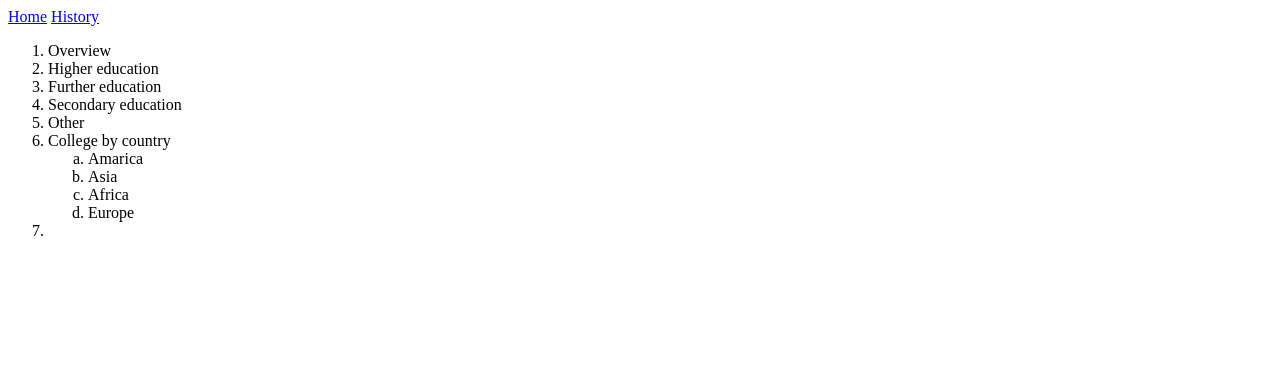
Repository: Haakim19/WebDevelopment
Page: Assignment/history.html
These files come from the project's save history. The page is drawn as it stood at one moment and after the next save; the edit follows.
The browser window is 1280 px wide. The pictures show the whole page.

Above is the page before, as saved 2024-10-10 15:28:16.

### Assignment/history.html
<!DOCTYPE html>
<html lang="en">
<head>
    <meta charset="UTF-8">
    <meta name="viewport" content="width=device-width, initial-scale=1.0">
    <title>History</title>
</head>
<body>
    <a href="Index.html">Home</a>
    <a href="history.html">History</a>
    <ol>
        <li>Overview</li>
        <li>Higher education</li>
        <li>Further education</li>
        <li>Secondary education</li>
        <li>Other</li>
        <li>College by country</li>
        <ol type="a">
            <li>Amarica</li>
            <li>Asia</li>
            <li>Africa</li>
            <li>Europe</li>
        </ol>
        <li></li>
    </ol>
</body>
</html>

After the next save:
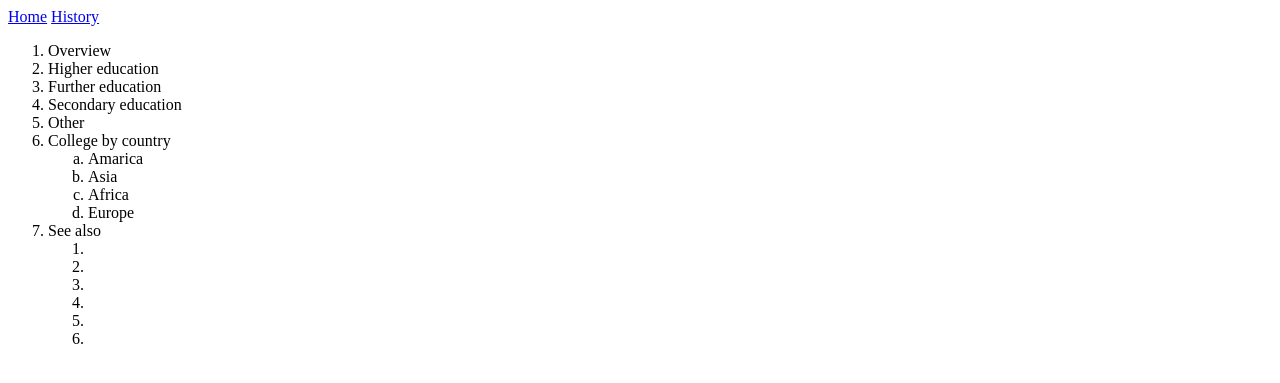
Saved 31 s later.
--- a/Assignment/history.html
+++ b/Assignment/history.html
@@ -21,7 +21,15 @@
             <li>Africa</li>
             <li>Europe</li>
         </ol>
-        <li></li>
+        <li>See also</li>
+        <ol>
+            <li></li>
+            <li></li>
+            <li></li>
+            <li></li>
+            <li></li>
+            <li></li>
+        </ol>
     </ol>
 </body>
 </html>
